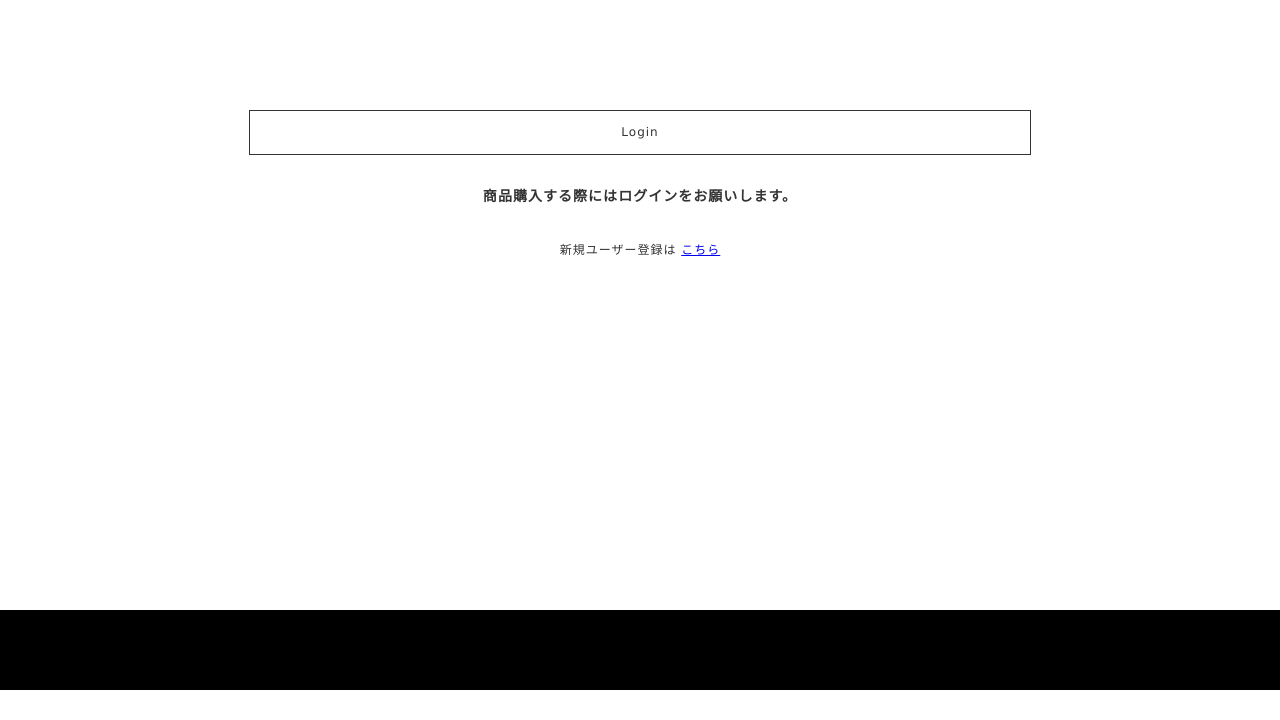
Repository: Eu-kr2018/test
Page: http://localhost/template/HomeAction.action
An editor plug-in stored every save of this project. The page is shown before and after the next save, followed by the edit.
The browser window is 1280 px wide. The pictures show the whole page.
The page is served by Tomcat 9.

Above is the page before, as saved 2018-08-10 11:44:41.

After the next save:
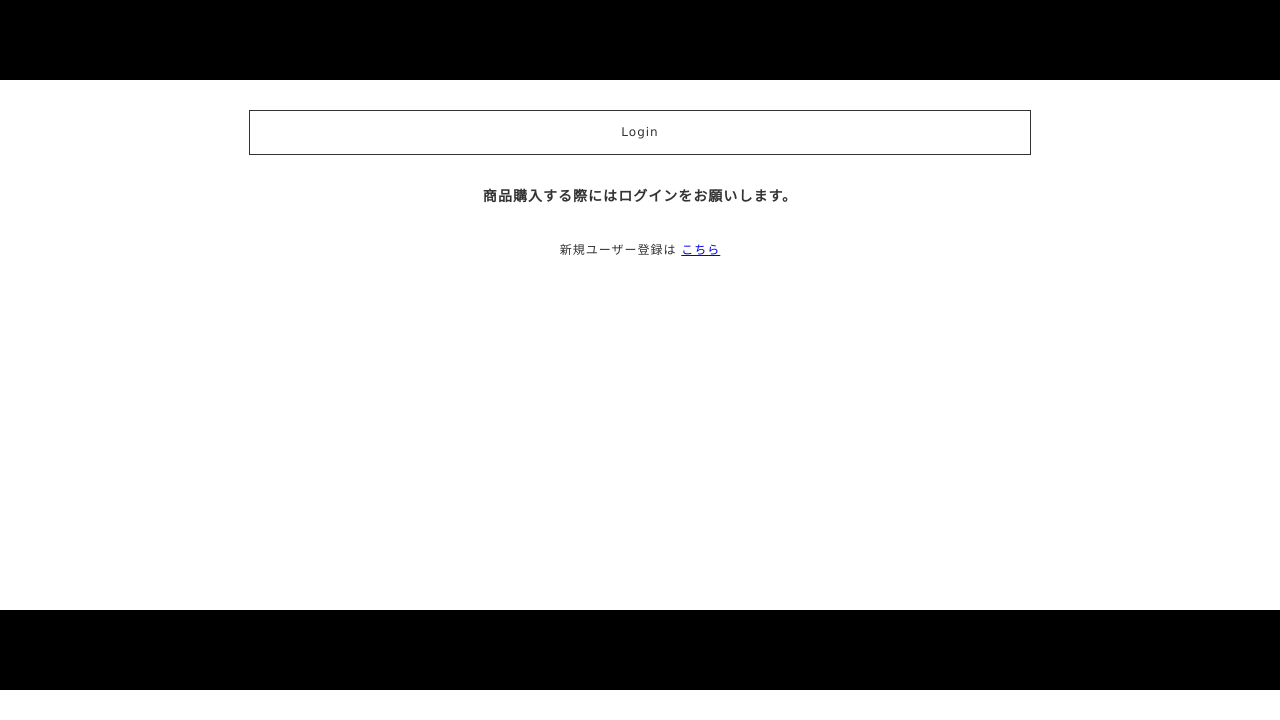
Saved 106 s later.
--- a/template/WebContent/login.jsp
+++ b/template/WebContent/login.jsp
@@ -36,7 +36,7 @@
 			#header{
 				width:100%;
 				height:80px;
-				text-align:center;
+				background-color:black;
 			}
 			#main{
 				width:100%;
